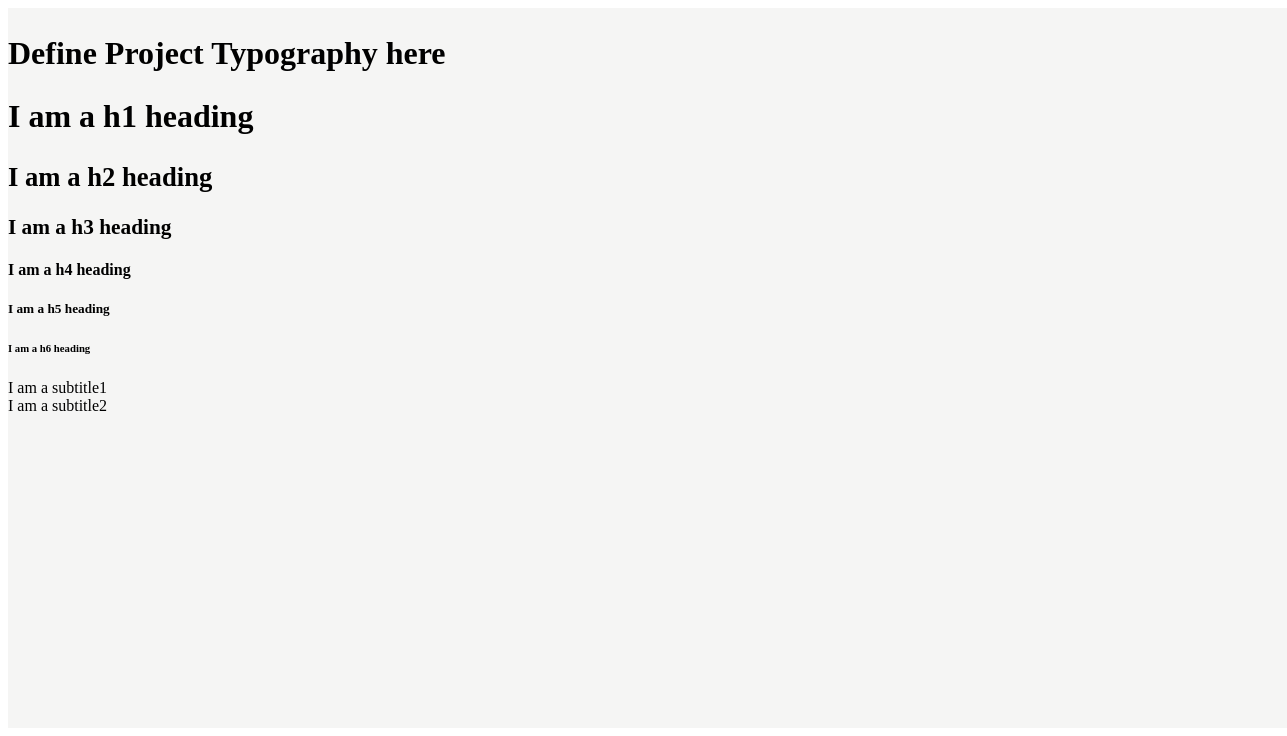
Repository: Terrycoco/coco-playground-starter
Page: /playground/typography
The author's editor kept a copy of each file at every save. The page is drawn from the files as they stood at one save, then again after the next save.
The browser window is 1280 px wide. The page is 1287 px wide, then 1280 px, so the pictures cover 1287 px, including what lies to the right of the window. The pictures show the whole page.
Some web fonts or font styles are not loaded; a fallback is used. The project was rebuilt for these pictures with package versions that can differ from the ones it lists, and the page was loaded fresh each time. The framework's server and built-in components were replaced by stand-ins that run in the browser. Also part of the build but not shown: next.config.js, src/dev/components/dropdowns/ColorDropdown.js, src/dev/components/dropdowns/FontDropdown.js, src/dev/components/dropdowns/Dropdown.js, src/dev/components/dropdowns/index.js, src/dev/components/StyleForm.js, src/components/flex/FlexColumn.js, src/components/flex/FlexLayout.js.

Above is the page before, as saved 2023-02-17 12:57:50.

After the next save:
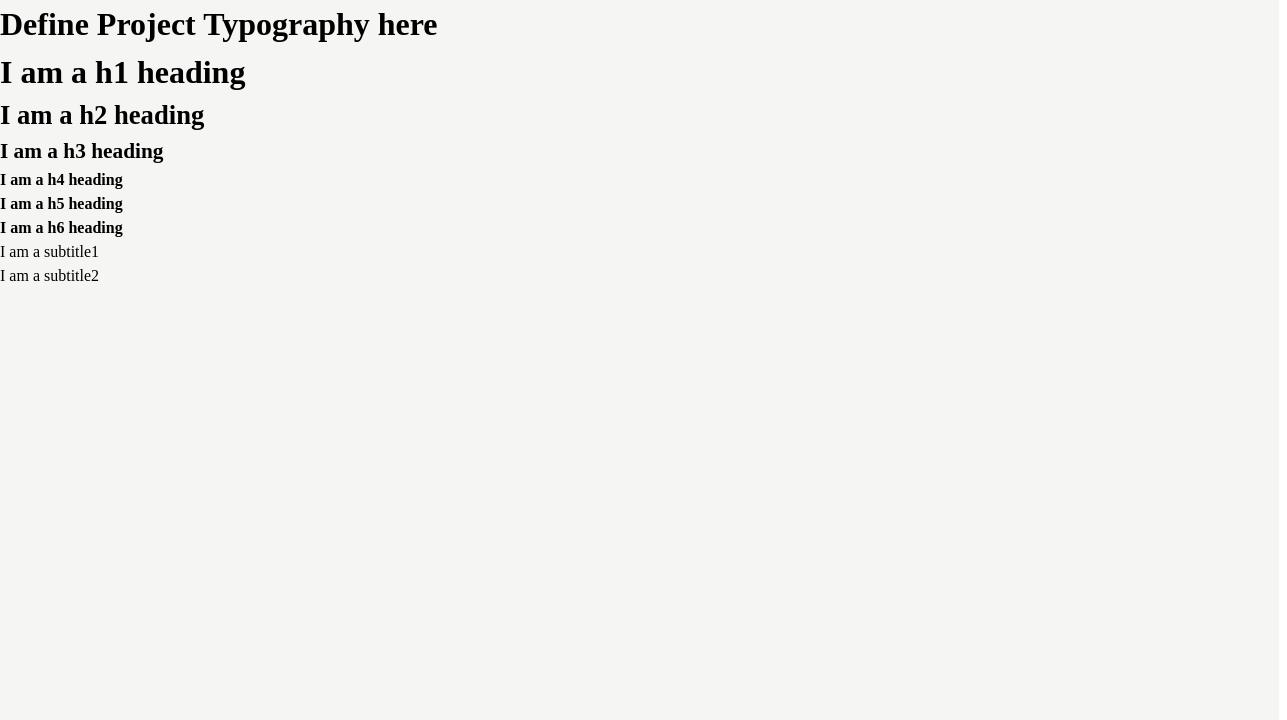
Saved 38 s later.
--- a/src/styles/theme.css
+++ b/src/styles/theme.css
@@ -2,6 +2,7 @@
 DO NOT MAKE CHANGES HERE */
 
 @import "./fonts.css";
+@import "./reset.css";
 
 :root {
   --mobile: 0em;
